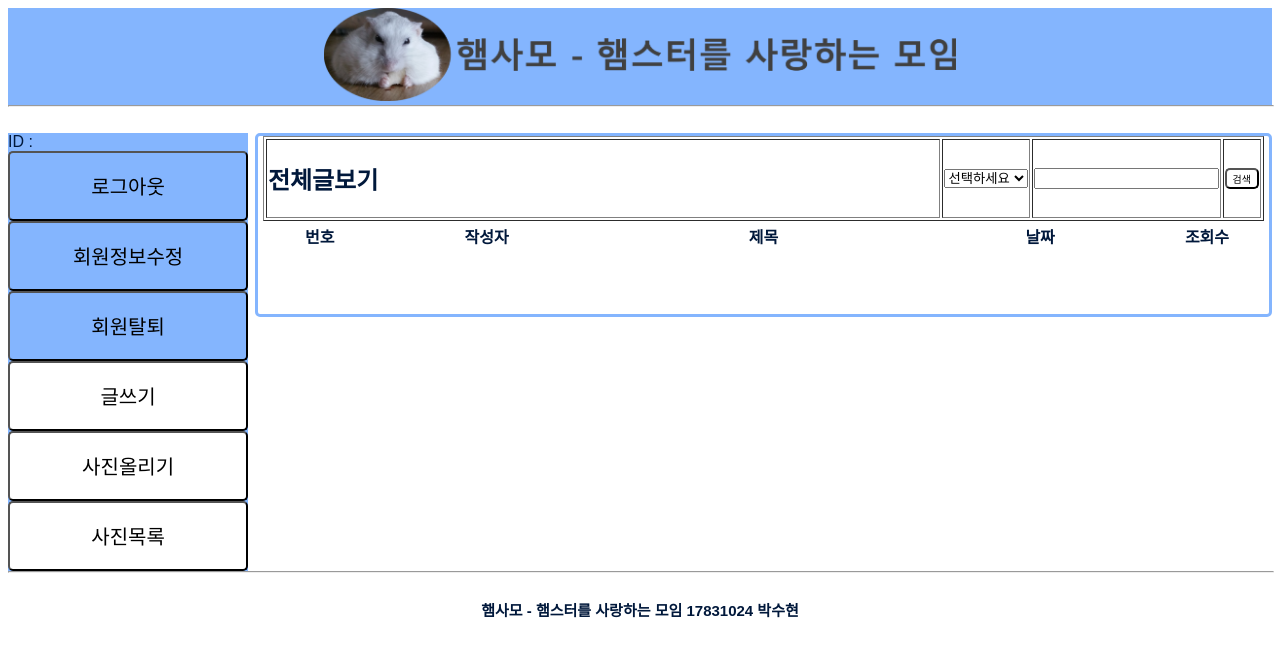
Repository: hyun5292/school
Page: http://localhost/HamSaMo/WEB-INF/views/list.jsp
The author's editor kept a copy of each file at every save. The page is drawn from the files as they stood at one save, then again after the next save.
The browser window is 1280 px wide. The pictures show the whole page.
The page is served by Tomcat 9. Nobody is signed in. Other server files are loaded and not shown. The template is opened directly, without the code that normally fills it, so the values that code supplies are empty.

Above is the page before, as saved 2019-12-10 12:32:15.

### spring/HamSaMo/HamSaMo/src/main/webapp/WEB-INF/views/list.jsp
<%@ page language="java" contentType="text/html; charset=UTF-8"
	pageEncoding="UTF-8"%>
<!-- jstl -->
<%@ taglib prefix="c" uri="http://java.sun.com/jsp/jstl/core"%>
<!DOCTYPE html>
<html>
<head>
<meta charset="EUC-KR">
<title>햄사모 - 햄스터를 사랑하는 모임</title>
<script
	src="http://ajax.googleapis.com/ajax/libs/jquery/3.3.1/jquery.min.js"></script>
<style>
#container {
	width: 100%;
	Height: 100%;
	font-family: 'arial';
	color: #00183b;
}

#header {
	background-color: #84b5fe;
	float: left;
	width: 100%;
	height: 10%;
}

#left {
	background-color: #84b5fe;
	float: left;
	width: 19%;
	height: 80%;
}

#content {
	float: right;
	width: 80%;
	height: 80%;
	border-radius: 5px;
	border: solid 3px #84b5fe;
}

#footer {
	clear: both;
	width: 100%;
	height: 10%;
	font-size: 15px;
	font-weight: bold;
}

#btn_light {
	background-color: white;
	width: 100%;
	height: 70px;
	border-radius: 5px;
	border: bold 1px #84b5fe;
	font-size: 20px;
}

#btn_dark {
	background-color: #84b5fe;
	width: 100%;
	height: 70px;
	border-radius: 5px;
	border: bold 1px white;
	font-size: 20px;
}

#btn_slight {
	background-color: white;
	width: 100%;
	border-radius: 5px;
	border: bold 1px #84b5fe;
	font-size: 10px;
}
</style>
</head>
<body>
	<article>
		<div id="container">
			<div id="header">
				<center>
					<a href="list"><img width="50%"
						src="${pageContext.request.contextPath}/resources/images/title.png"></a>
				</center>
			</div>
			<br />
			<hr width="100%" />
			<br />
			<div id="left">
				<div id="info">ID : ${mId}</div>
				<form action="Logout">
					<input type="submit" id="btn_dark" value="로그아웃">
				</form>
				<form action="MmodifyForm">
					<input type="submit" id="btn_dark" value="회원정보수정">
				</form>
				<form action="GetOutForm">
					<input type="submit" id="btn_dark" value="회원탈퇴">
				</form>
				<form action="writeForm">
					<input type="submit" id="btn_light" value="글쓰기">
				</form>
				<form action="uploadForm">
					<input type="submit" id="btn_light" value="사진올리기">
				</form>
				<form action="photo">
					<input type="submit" id="btn_light" value="사진목록">
				</form>
			</div>
			<div id="content" align="center">
				<form action="search">
					<table width="99%" align="center" border="1">
						<colgroup>
							<col style="width: 90%;" />
							<col style="width: 5%;" />
							<col style="width: 5%;" />
						</colgroup>
						<tr>
							<td>
								<h1>전체글보기</h1>
							</td>
							<td align="right"><select name="mKind">
									<option value="#" selected>선택하세요</option>
									<option value="mId">작성자</option>
									<option value="bTitle">제목</option>
									<option value="bContent">내용</option>
							</select></td>
							<td align="right">
								<form action="modifyForm">
									<input type="text" name="bSearch">
								</form>
							</td>
							<td align="right"><input type="submit" id="btn_slight" value="검색"></td>
						</tr>
					</table>
				</form>
				<!-- List{s} -->
				<table width="99%">
					<colgroup>
						<col style="width: 5%;" />
						<col style="width: 10%;" />
						<col style="width: 15%;" />
						<col style="width: 10%;" />
						<col style="width: 5%;" />
					</colgroup>
					<thead>
						<tr>
							<th>번호</th>
							<th>작성자</th>
							<th>제목</th>
							<th>날짜</th>
							<th>조회수</th>
						</tr>
						<tr>
							<td height="5px"></td>
						</tr>
					</thead>
					<tbody id="menuList" align="center">
						<c:forEach items="${dtos}" var="dto">
							<tr>
								<td>${dto.bNum}</td>
								<td>${dto.mId}</td>
								<td><c:forEach begin="1" end="${dto.bIndent}">-</c:forEach>
									<a href="contentForm?bId=${dto.bId}&bHit=${dto.bHit}">${dto.bTitle}</a></td>
								<td>${dto.bDate}</td>
								<td>${dto.bHit}</td>
							</tr>
							<tr>
								<td height="5px"></td>
							</tr>
						</c:forEach>
					</tbody>
					<tfoot>
						<tr>
							<td height="10px"></td>
						</tr>
						<tr align="center">
							<td colspan="5"><a href="list?pgnum=1"
								style="text-decoration: none">${prev}${prev}</a> <a
								href="list?pgnum=${before}" style="text-decoration: none">${prev}</a>
								<c:forEach items="${pg}" var="p">
									<a href="list?pgnum=${p}" style="text-decoration: none">${p}</a>
								</c:forEach> <a href="list?pgnum=${after}" style="text-decoration: none">${next}</a>
								<a href="list?pgnum=${last}" style="text-decoration: none">${next}${next}</a></td>
						</tr>
					</tfoot>
				</table>
				<br /> <br />
			</div>
			<br />
			<hr width="100%" />
			<br />
			<center>
				<div id="footer">햄사모 - 햄스터를 사랑하는 모임 17831024 박수현</div>
			</center>
		</div>
	</article>
</body>
</html>

After the next save:
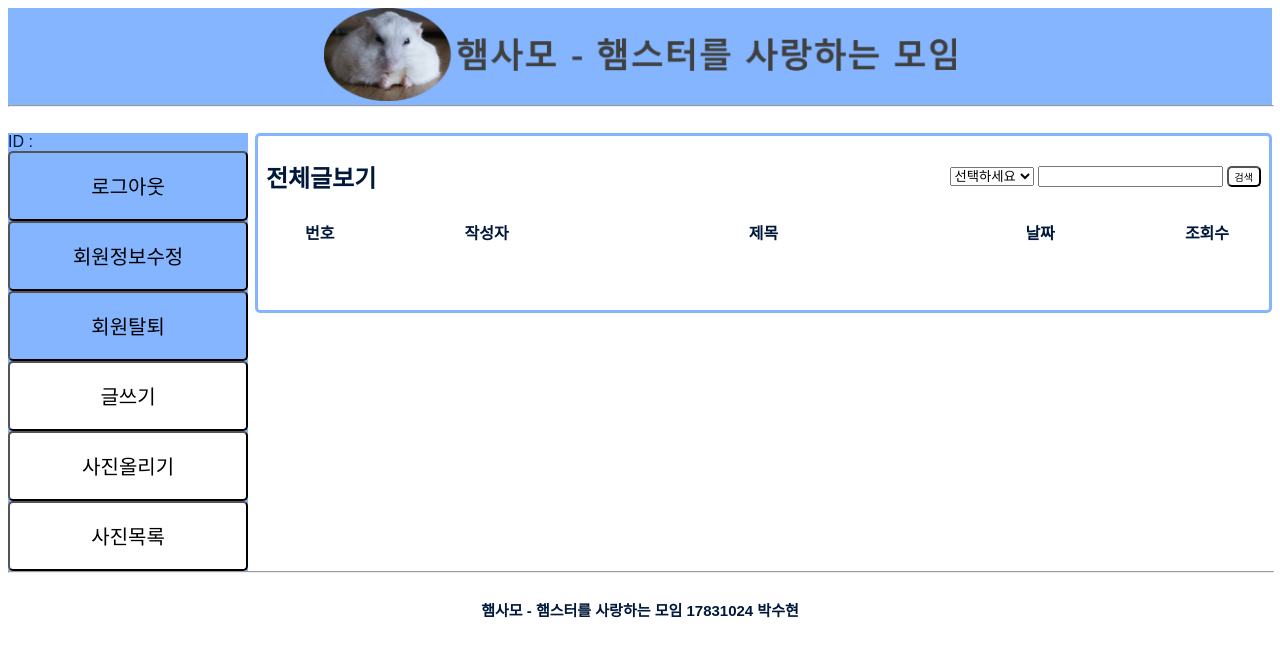
Saved 67 s later.
--- a/spring/HamSaMo/HamSaMo/src/main/webapp/WEB-INF/views/list.jsp
+++ b/spring/HamSaMo/HamSaMo/src/main/webapp/WEB-INF/views/list.jsp
@@ -109,7 +109,7 @@
 			</div>
 			<div id="content" align="center">
 				<form action="search">
-					<table width="99%" align="center" border="1">
+					<table width="99%" align="center">
 						<colgroup>
 							<col style="width: 90%;" />
 							<col style="width: 5%;" />
